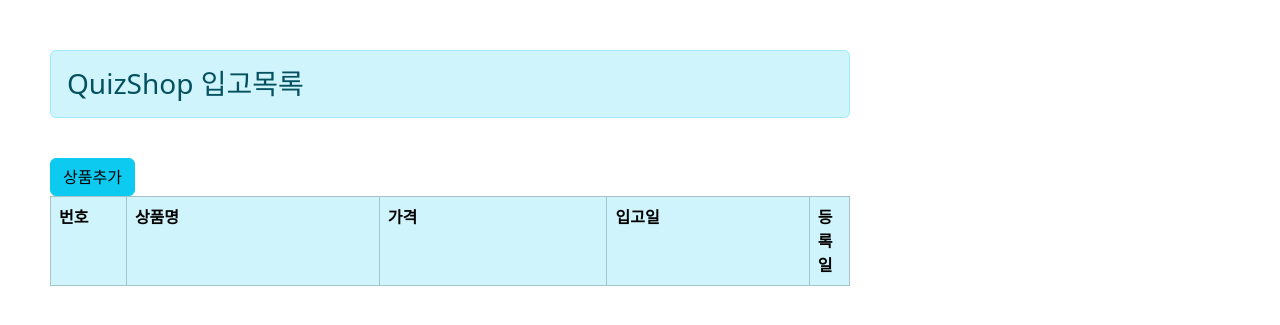
Repository: JunbroGit/SistProject
Page: http://localhost/jsaAjaxProject/quizshop/shopList.jsp
An editor plug-in stored every save of this project. The page is shown before and after the next save, followed by the edit.
The browser window is 1280 px wide. The pictures show the whole page.
Some web fonts or font styles are not loaded; a fallback is used. The page is served by Tomcat 9.

Above is the page before, as saved 2024-03-12 06:36:42.

After the next save:
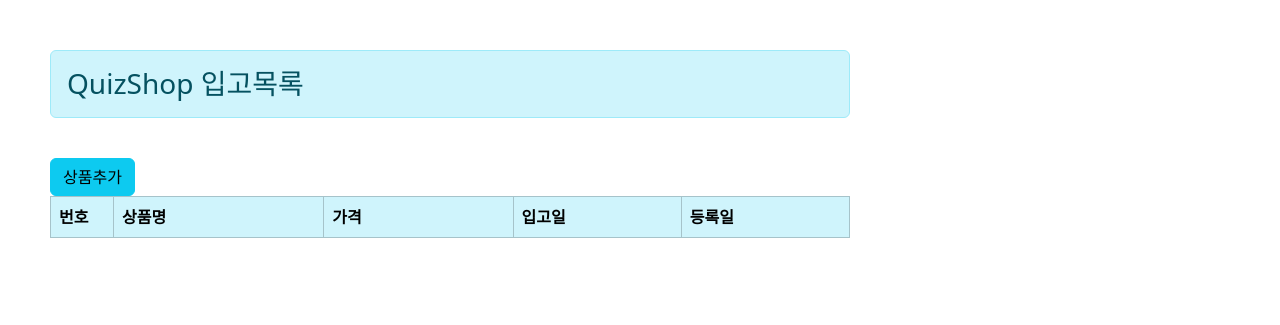
Saved 11 s later.
--- a/jspwork/jsaAjaxProject/src/main/webapp/quizshop/shopList.jsp
+++ b/jspwork/jsaAjaxProject/src/main/webapp/quizshop/shopList.jsp
@@ -21,7 +21,7 @@
 			<th width="200">상품명</th>
 			<th width="180">가격</th>
 			<th width="160">입고일</th>
-			<th width="1ㄴ60">등록일</th>
+			<th width="160">등록일</th>
 		</tr>
 	</table>
 </div>
